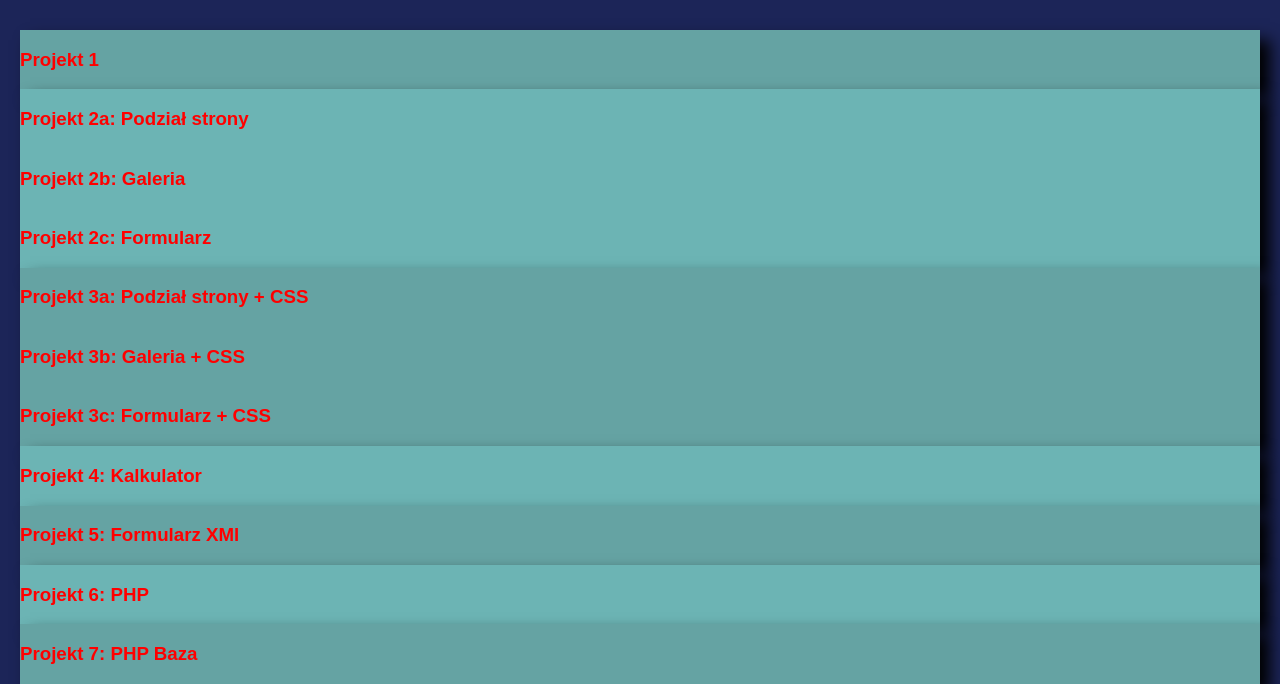
Repository: xdawix902/dawidfilipek1.github.io
Page: index.html
The author's editor kept a copy of each file at every save. The page is drawn from the files as they stood at one save, then again after the next save.
The browser window is 1280 px wide. The pictures show the part of the page from y = 87 to 771 px (the page is 771 px tall).

Above is the page before, as saved 2025-11-28 22:13:02.

After the next save:
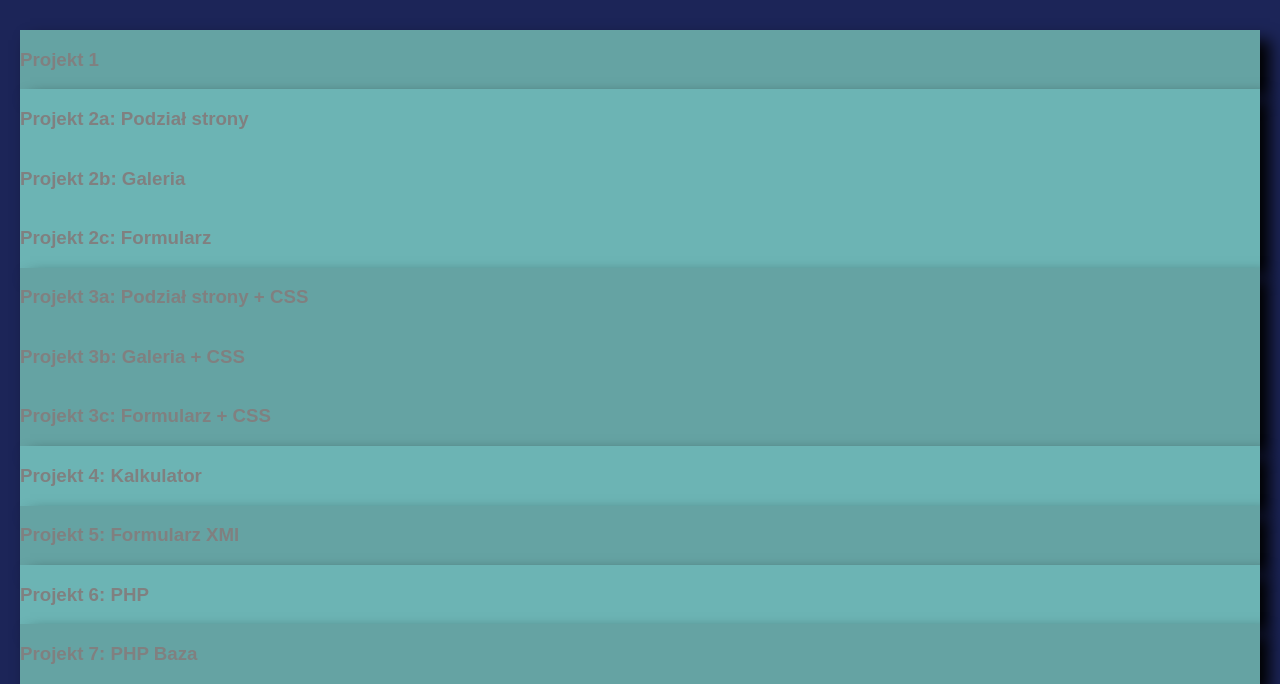
Saved 4 s later.
--- a/css/index_style.css
+++ b/css/index_style.css
@@ -27,7 +27,7 @@ body{
 
 .naglowki{
     display:inline-block;
-    color: red;
+    color: gray;
 }
 
 .naglowki:hover{
